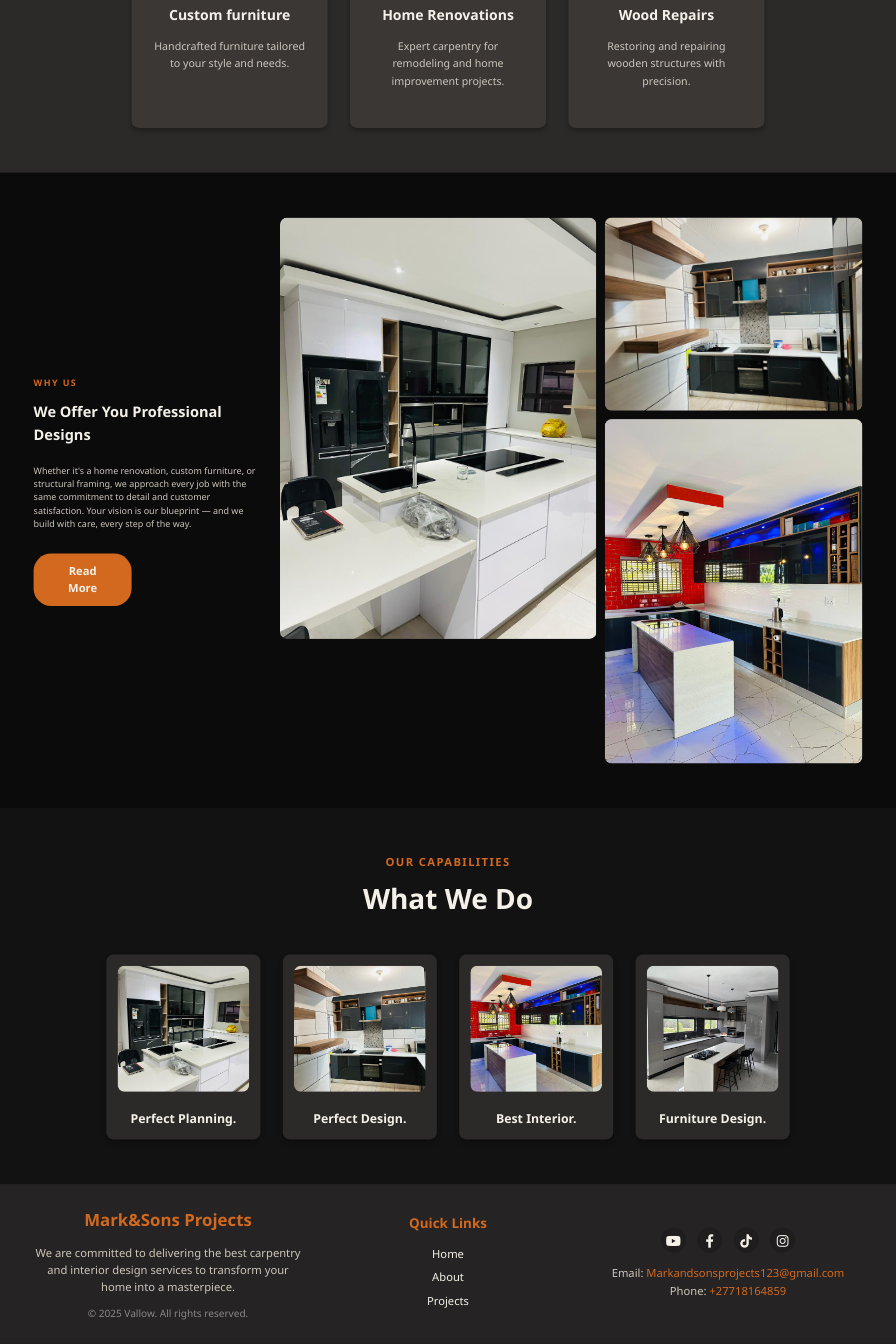
Repository: VallowEvido/Mark-SonsProjects
Page: home.html
These files come from the project's save history. The page is drawn as it stood at one moment and after a run of saves; the edit follows.
The browser window is 1280 px wide. The pictures show the part of the page from y = 824 to 2744 px (the page is 2744 px tall), at 70% of full size.

Above is the page before, as saved 2025-07-18 22:19:48.

### home.html
<!DOCTYPE html>
<html lang="en">
<head>
  <meta charset="UTF-8" />
  <meta name="viewport" content="width=device-width, initial-scale=1" />
  <title>Mark&Sons Projects</title>
  <link rel="stylesheet" href="styles.css" />
  <link rel="stylesheet" href="https://cdnjs.cloudflare.com/ajax/libs/font-awesome/6.4.0/css/all.min.css" />
</head>
<body>
<nav>
  <div class="logo">Mark&Sons Projects</div>
  <ul>
    <li><a href="home.html" class="active">Home</a></li>
    <li><a href="about.html">About</a></li>
    <li><a href="#">Services</a></li>
    <li><a href="projects.html">Projects</a></li>
    <li><a href="contact.html">Contact</a></li>
  </ul>
</nav>

  <section class="hero">
    <div class="hero-content">
      <h1>Good Design for Stylish Living.<br />Make your home Modern.</h1>
      <p>We provide quality carpentry and interior design services to make your home beautiful and functional.</p>
      <a href="#services" class="btn">Our Services</a>
    </div>
  </section>

  <section id="services" class="services">
    <div class="service-card">
      <div class="service-icon"><i class="fas fa-pencil-alt"></i></div>
      <h3>Custom furniture</h3>
      <p>Handcrafted furniture tailored to your style and needs.</p>
    </div>
    <div class="service-card">
      <div class="service-icon"><i class="fas fa-paint-roller"></i></div>
      <h3>Home Renovations</h3>
      <p>Expert carpentry for remodeling and home improvement projects.</p>
    </div>
    <div class="service-card">
      <div class="service-icon"><i class="fas fa-bed"></i></div>
      <h3>Wood Repairs</h3>
      <p>Restoring and repairing wooden structures with precision.</p>
    </div>
  </section>

  <section class="why-us">
    <div class="why-us-content">
      <h5>WHY US</h5>
      <h2>We Offer You Professional Designs</h2>
      <p>Whether it's a home renovation, custom furniture, or structural framing, we approach every job with the same commitment to detail and customer satisfaction. Your vision is our blueprint — and we build with care, every step of the way.</p>
      <a href="#" class="btn btn-pink">Read More</a>
    </div>
    <div class="why-us-images">
      <div class="large-image">
        <img src="images/kitchen/IMG-20241116-WA0012.jpg" alt="Interior Design 1" />
      </div>
      <div class="small-images">
        <img src="images/kitchen/IMG-20241116-WA0014.jpg" alt="Interior Design 2" />
        <img src="images/kitchen/IMG-20241116-WA0015.jpg" alt="Interior Design 3" />
      </div>
    </div>
  </section>

  <section class="capabilities">
    <div class="capabilities-header">
      <h5>OUR CAPABILITIES</h5>
      <h2>What We Do</h2>
    </div>
    <div class="capabilities-cards">
      <div class="capability-card">
        <img src="images/kitchen/IMG-20241116-WA0012.jpg" alt="Perfect Planning" />
        <h3>Perfect Planning.</h3>
      </div>
      <div class="capability-card">
        <img src="images/kitchen/IMG-20241116-WA0014.jpg" alt="Perfect Design" />
        <h3>Perfect Design.</h3>
      </div>
      <div class="capability-card">
        <img src="images/kitchen/IMG-20241116-WA0015.jpg" alt="Best Interior" />
        <h3>Best Interior.</h3>
      </div>
      <div class="capability-card">
        <img src="images/kitchen/IMG-20241116-WA0016.jpg" alt="Furniture Design" />
        <h3>Furniture Design.</h3>
      </div>
    </div>
  </section>

  <footer class="site-footer">
    <div class="footer-container">
      <div class="footer-left">
        <h3>Mark&Sons Projects</h3>
        <p>We are committed to delivering the best carpentry and interior design services to transform your home into a masterpiece.</p>
        <p class="rights">© 2025 Vallow. All rights reserved.</p>
      </div>
      <div class="footer-center">
        <h4>Quick Links</h4>
        <ul class="footer-links">
          <li><a href="home.html">Home</a></li>
          <li><a href="about.html">About</a></li>
          <li><a href="projects.html">Projects</a></li>
        </ul>
      </div>
      <div class="footer-right">
        <div class="social-icons">
          <a href="#" aria-label="YouTube" class="youtube"><i class="fab fa-youtube"></i></a>
          <a href="#" aria-label="Facebook" class="facebook"><i class="fab fa-facebook-f"></i></a>
          <a href="#" aria-label="TikTok" class="tiktok"><i class="fab fa-tiktok"></i></a>
          <a href="#" aria-label="Instagram" class="instagram"><i class="fab fa-instagram"></i></a>
        </div>
        <div class="contact-details">
          <p>Email: <a href="mailto:info@markandsons.com">Markandsonsprojects123@gmail.com</a></p>
          <p>Phone: <a href="tel:+1234567890">+27718164859</a></p>
        </div>
      </div>
    </div>
  </footer>
</body>
</html>

Loaded but not shown: styles.css (1543 lines, source omitted)

After the next 5 saves:
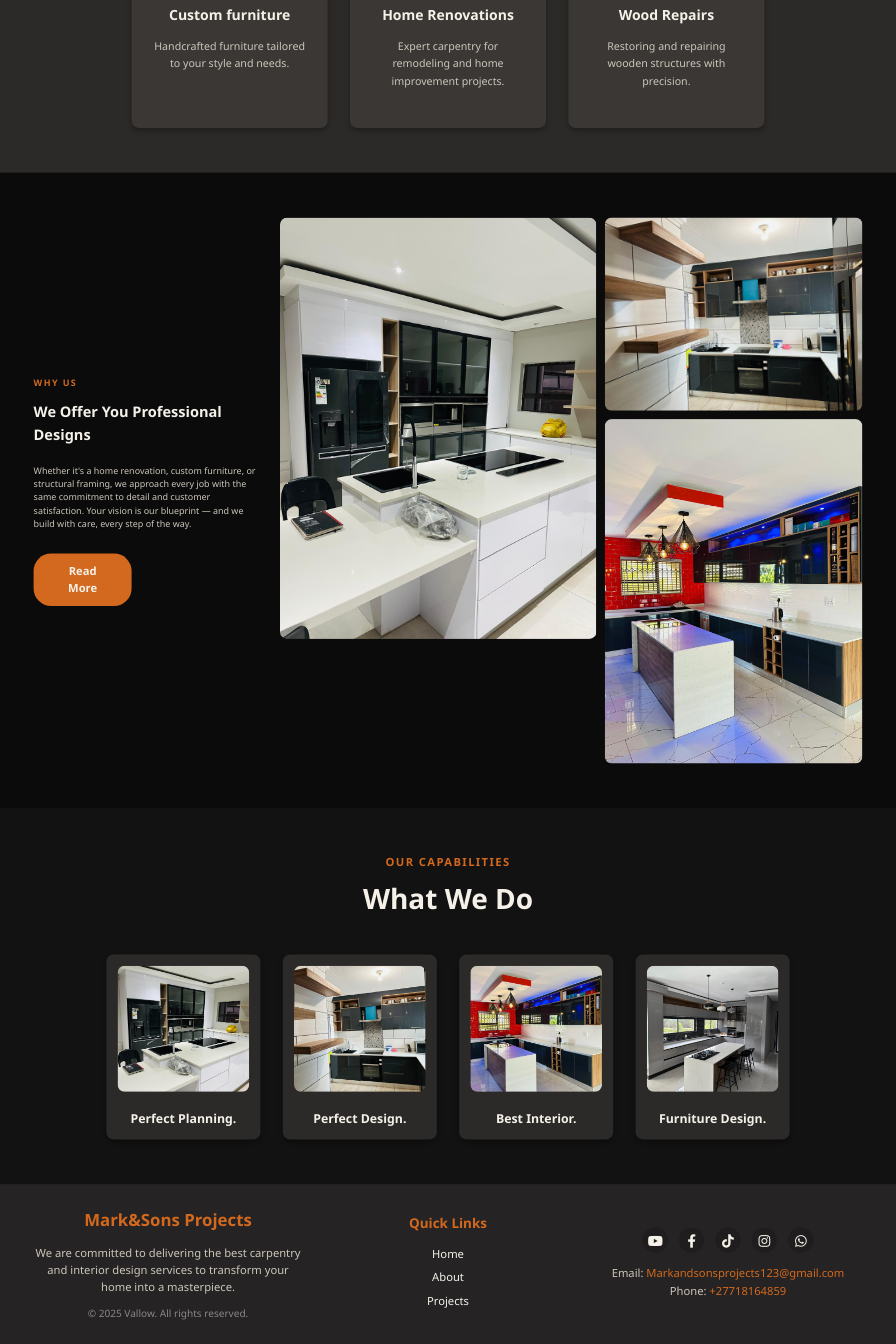
The 5 saves are shown as one change because they came seconds apart.
The last was saved 47 min 54 s later.
--- a/home.html
+++ b/home.html
@@ -109,6 +109,7 @@
           <a href="#" aria-label="Facebook" class="facebook"><i class="fab fa-facebook-f"></i></a>
           <a href="#" aria-label="TikTok" class="tiktok"><i class="fab fa-tiktok"></i></a>
           <a href="#" aria-label="Instagram" class="instagram"><i class="fab fa-instagram"></i></a>
+          <a href="#" aria-label="WhatsApp" class="whatsapp"><i class="fab fa-whatsapp"></i></a>
         </div>
         <div class="contact-details">
           <p>Email: <a href="mailto:info@markandsons.com">Markandsonsprojects123@gmail.com</a></p>
